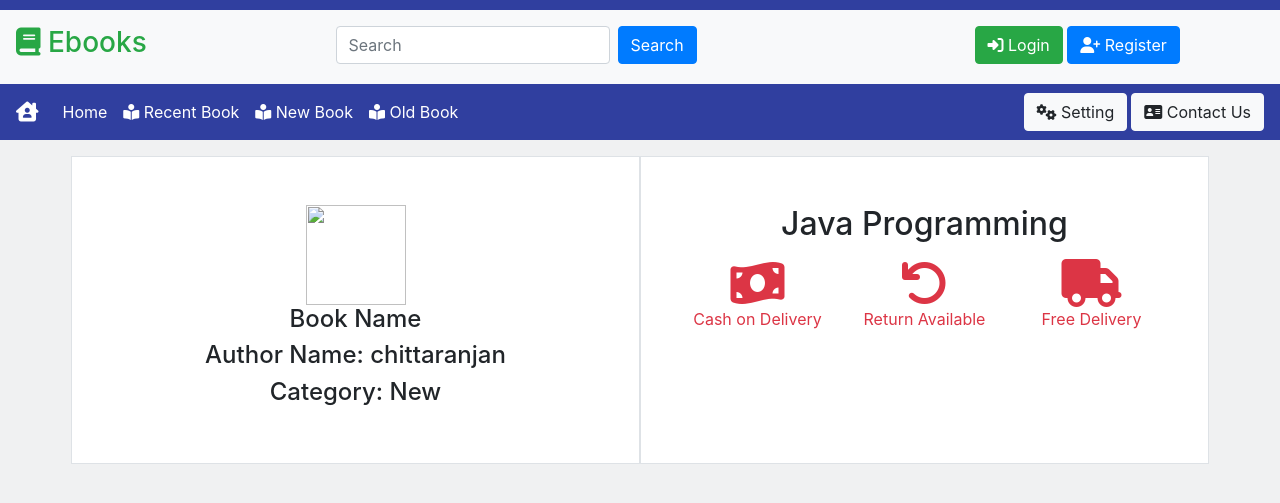
Repository: chittaranjan24/E-Books_Management_System
Page: http://localhost/Ebook-App/view_book.jsp
The author's editor kept a copy of each file at every save. The page is drawn from the files as they stood at one save, then again after the next save.
The browser window is 1280 px wide. The pictures show the whole page.
Some web libraries are served in a nearby version. The page is served by Tomcat 9.

Above is the page before, as saved 2023-08-28 22:27:31.

After the next save:
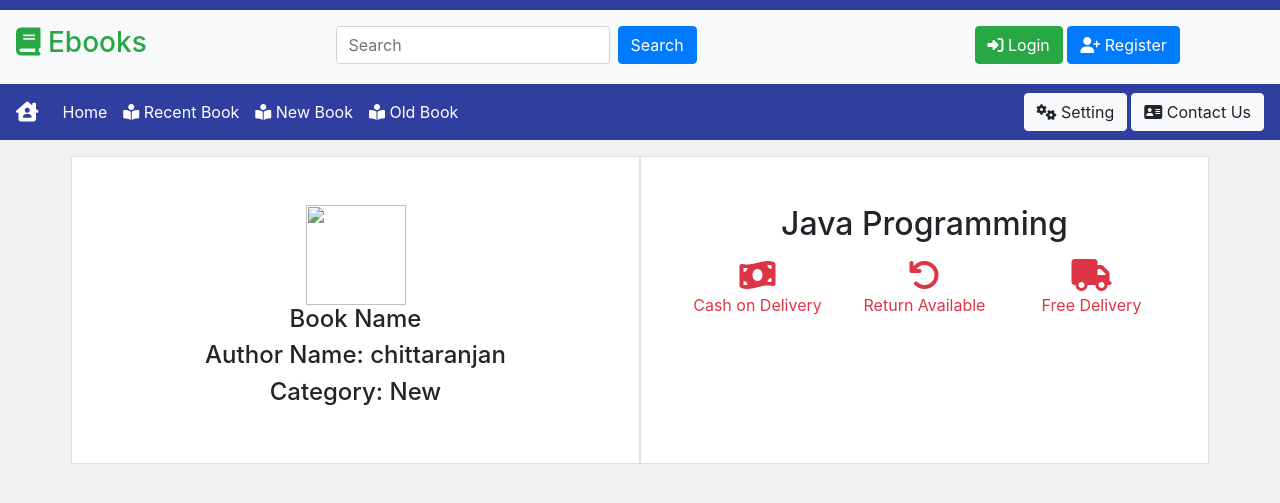
Saved 56 s later.
--- a/Ebook-App/src/main/webapp/view_book.jsp
+++ b/Ebook-App/src/main/webapp/view_book.jsp
@@ -23,15 +23,15 @@
 			<h2>Java Programming</h2>
 			<div class="row">
 			<div class="col-md-4 text-danger text-center p-2">
-			<i class="fa-solid fa-money-bill-wave fa-3x"></i>
+			<i class="fa-solid fa-money-bill-wave fa-2x"></i>
 			<p> Cash on Delivery</p>
 			</div>
 			<div class="col-md-4 text-danger text-center p-2">
-			<i class="fa-solid fa-arrow-rotate-left fa-3x"></i>
+			<i class="fa-solid fa-arrow-rotate-left fa-2x"></i>
 			<p>Return Available</p>
 			</div>
 			<div class="col-md-4 text-danger text-center p-2">
-			<i class="fa-solid fa-truck fa-3x"></i>
+			<i class="fa-solid fa-truck fa-2x"></i>
 			<p>Free Delivery</p>
 			</div>
 
